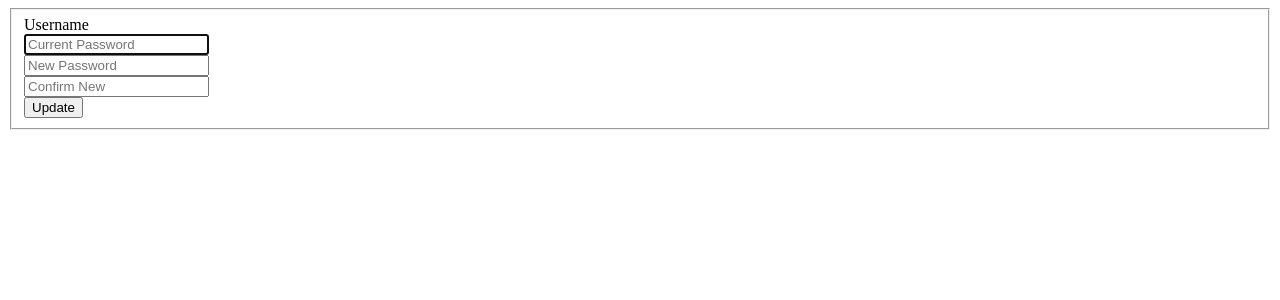
Repository: egniebauer/cs50x-LaunchCode
Page: http://localhost/pset7/views/account_form.php
The author's editor kept a record of every edit. The page is drawn from the files as they stood at one moment, then again after the next edit.
The browser window is 1280 px wide. The pictures show the whole page.
The page is run by PHP 8.4 with error messages shown; the project is at /var/www/html/.

Above is the page before.

### pset7/views/account_form.php
<?php

?>

<form action="account.php" method="post">
    <fieldset>
        <div class="form-group">
            <label>Username</label><br>
            <input autocomplete="off" autofocus class="form-control" name="current" placeholder="Current Password"  type="text"/>
        </div>
        <div class="form-group">
            <input class="form-control" name="new_password" placeholder="New Password" type="password"/>
        </div>
        <div class="form-group">
            <input class="form-control" name="confirm_new" placeholder="Confirm New" type="password"/>
        </div>
        <div class="form-group">
            <button class="btn btn-default" type="submit">
                Update
            </button>
        </div>
    </fieldset>
</form>

After the next edit:
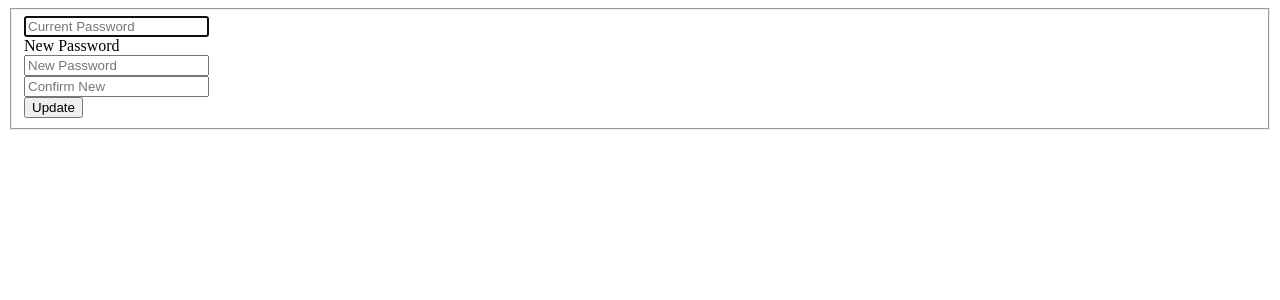
The edit:
--- a/pset7/views/account_form.php
+++ b/pset7/views/account_form.php
@@ -5,10 +5,10 @@
 <form action="account.php" method="post">
     <fieldset>
         <div class="form-group">
-            <label>Username</label><br>
             <input autocomplete="off" autofocus class="form-control" name="current" placeholder="Current Password"  type="text"/>
         </div>
         <div class="form-group">
+            <label>New Password</label><br>
             <input class="form-control" name="new_password" placeholder="New Password" type="password"/>
         </div>
         <div class="form-group">
